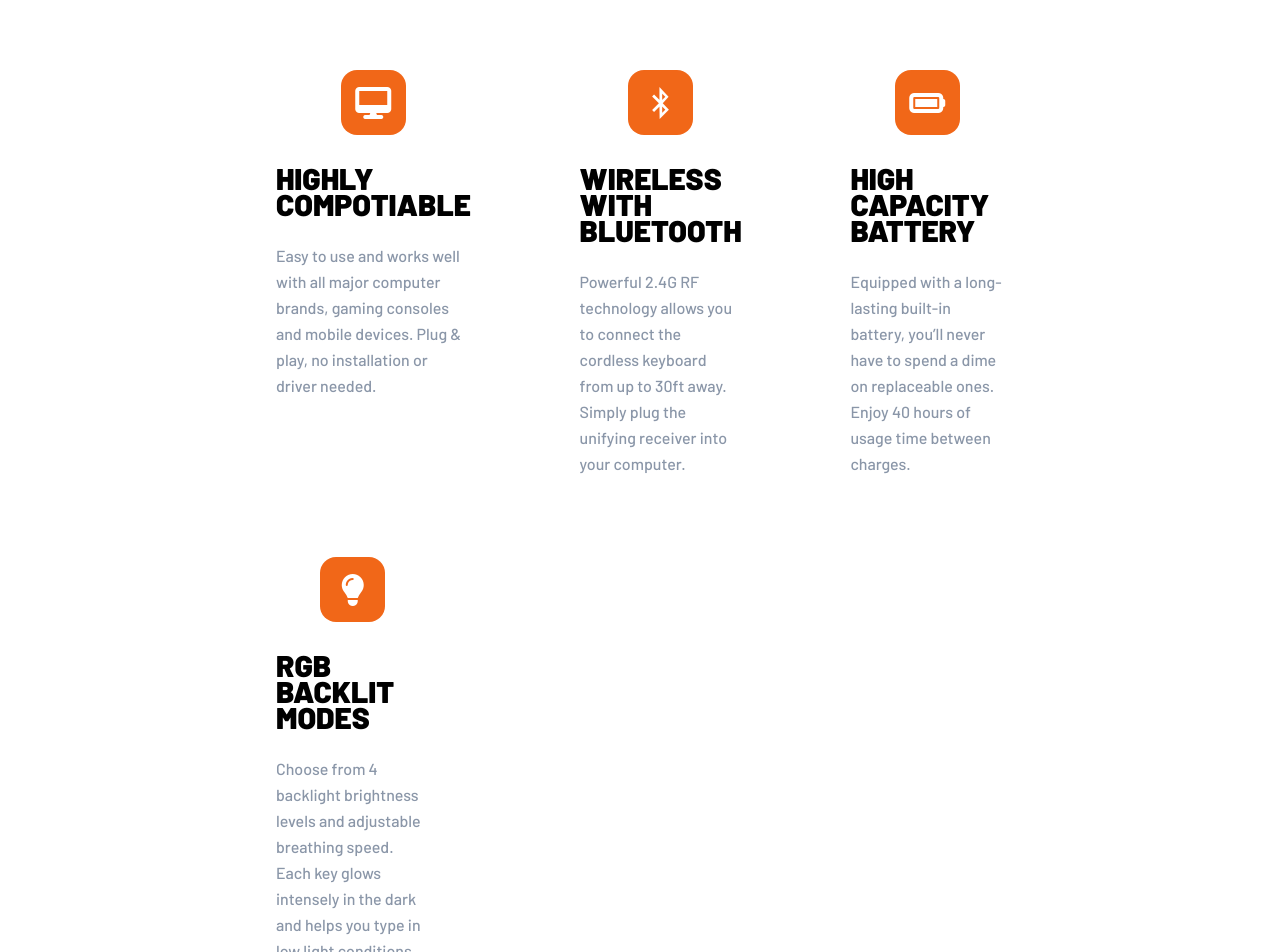
Repository: PeriAksoy/Figma
Page: figma1.html
These files come from the project's save history. The page is drawn as it stood at one moment and after the next save; the edit follows.
The browser window is 1280 px wide. The pictures show the part of the page from y = 1861 to 2813 px (the page is 2935 px tall).
A picture or video elsewhere on the page could not be fetched, so the positions and the page height are approximate.

Above is the page before, as saved 2024-07-03 23:32:09.

After the next save:
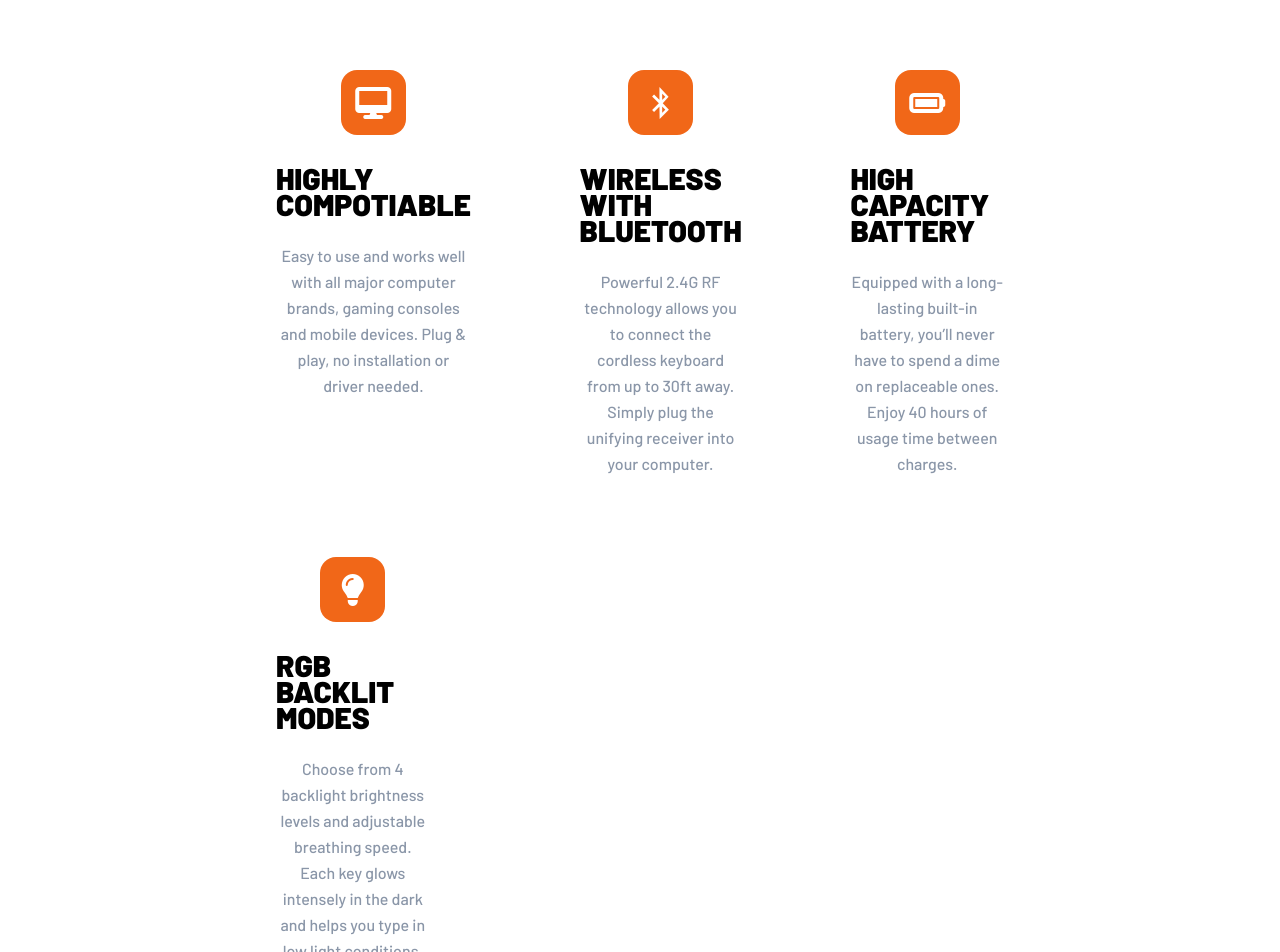
Saved 98 s later.
--- a/stylee.css
+++ b/stylee.css
@@ -229,5 +229,8 @@
       .second_text_box{
         text-align: left;
       }
-
-}
+      .second_text_box p{
+        text-align: center;
+      }
+
+}
